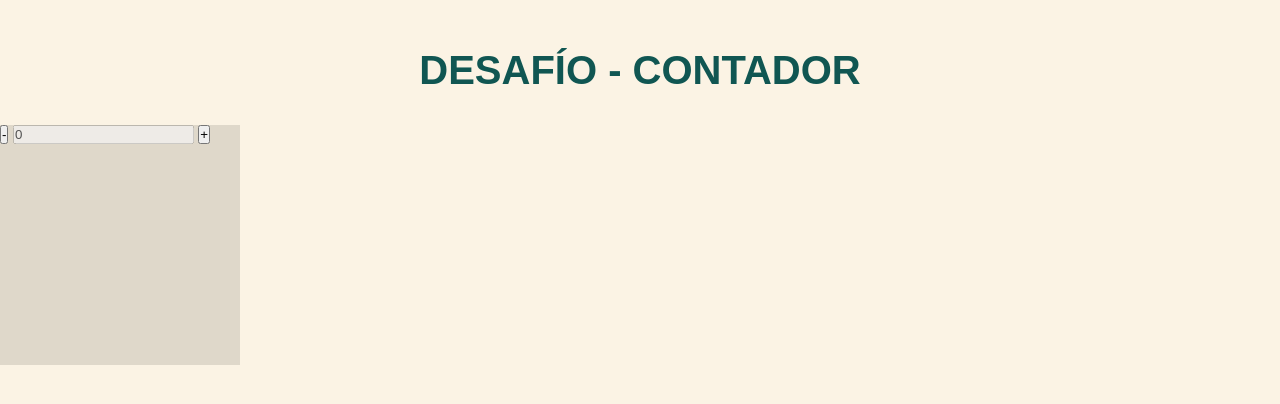
Repository: r-urchi/vue-coderhouse
Page: index.html
These files come from the project's save history. The page is drawn as it stood at one moment and after a run of saves; the edit follows.
The browser window is 1280 px wide. The pictures show the whole page.
The style sheet was rebuilt from its Sass, Less or Tailwind sources for each picture, by a compiler version that may differ from the author's.

Above is the page before, as saved 2021-11-13 11:01:50.

After the next 2 saves:
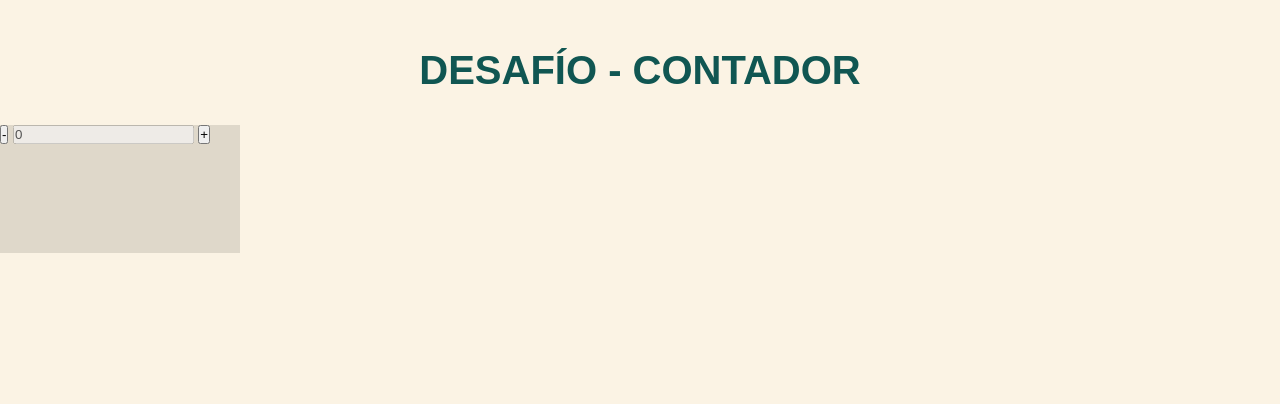
The 2 saves are shown as one change because they came seconds apart.
The last was saved 15 s later.
--- a/css/_counter.sass
+++ b/css/_counter.sass
@@ -6,5 +6,5 @@ h1
 
 .counter__container
     width: 15rem
-    height: 15rem
+    height: 8rem
     background: #DFD8CA
